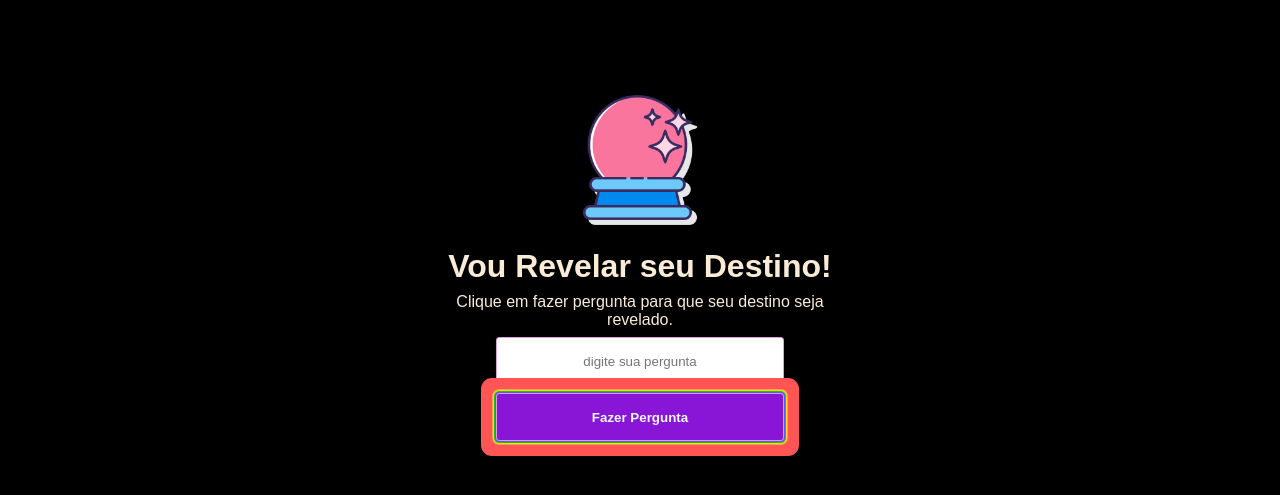
Repository: guilhermecardoso93/nlwexplorer
Page: index.html
These files come from the project's save history. The page is drawn as it stood at one moment and after the next save; the edit follows.
The browser window is 1280 px wide. The pictures show the whole page.
The pointer rests on the first visible `button`.

Above is the page before, as saved 2022-06-08 23:52:30.

After the next save:
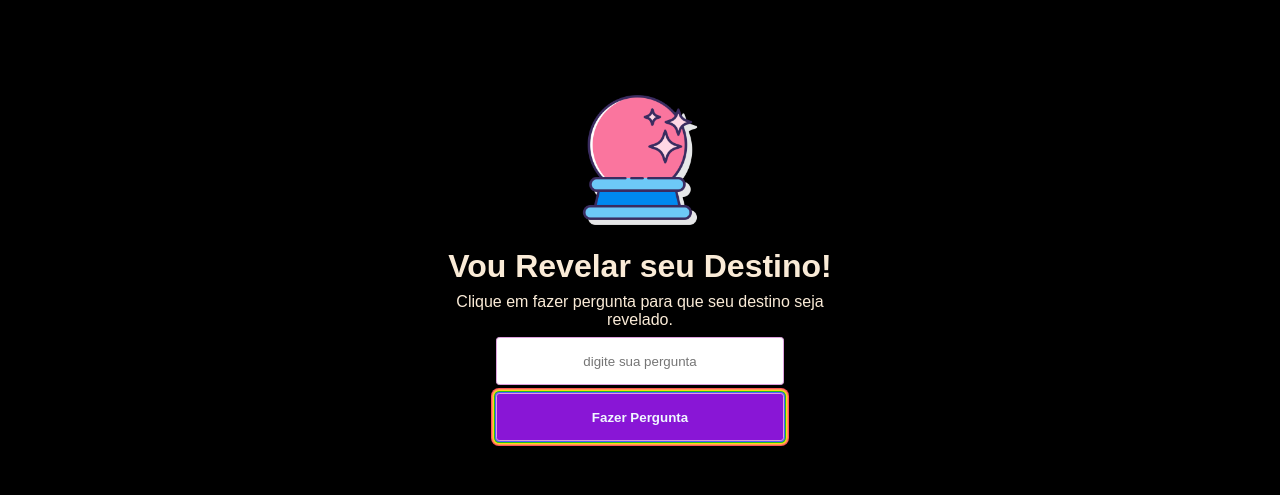
Saved 5 s later.
--- a/styles.css
+++ b/styles.css
@@ -56,5 +56,5 @@ button {
 button:hover {
   box-shadow: rgb(85, 91, 255) 0px 0px 0px 1px, rgb(31, 193, 27) 0px 0px 0px 2px,
     rgb(255, 217, 19) 0px 0px 0px 3px, rgb(255, 156, 85) 0px 0px 0px 4px,
-    rgb(255, 85, 85) 0px 0px 0px 15px;
+    rgb(255, 85, 85) 0px 0px 0px 5px;
 }
